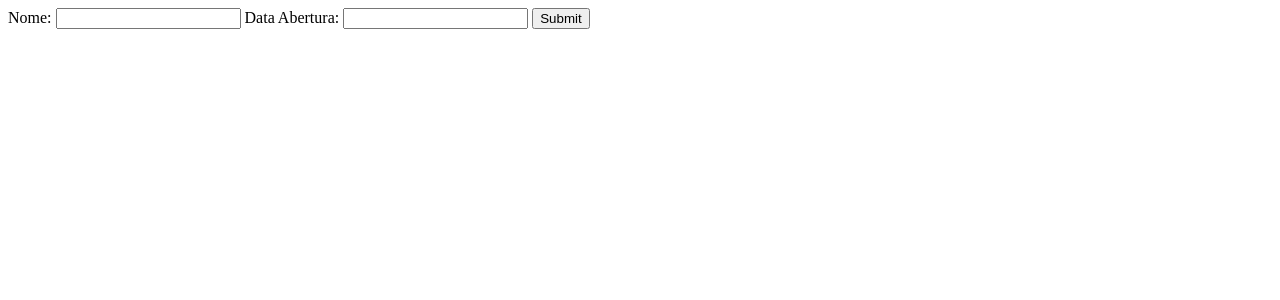
Repository: robsondmf1234/JAVA-EE
Page: http://localhost/gerenciador/mostraEmpresa?id=1
The author's editor kept a copy of each file at every save. The page is drawn from the files as they stood at one save, then again after the next save.
The browser window is 1280 px wide. The pictures show the whole page.
The page is served by Tomcat 9.

Above is the page before, as saved 2019-06-25 01:00:10.

After the next save:
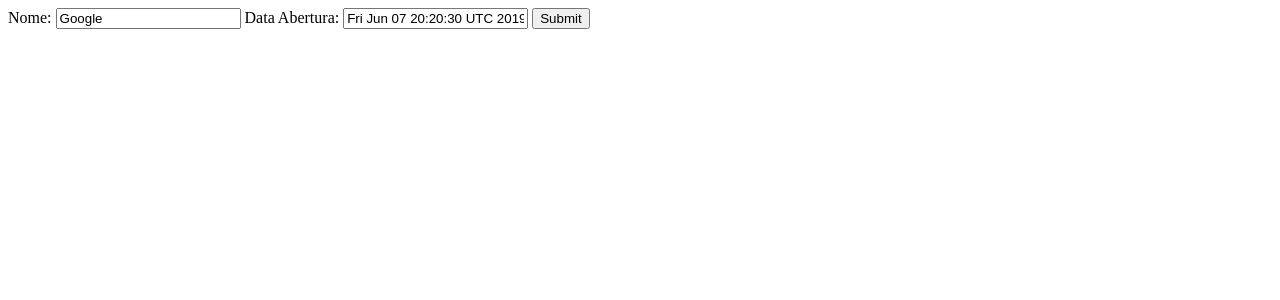
Saved 4 min 23 s later.
--- a/gerenciador/WebContent/formAlteraEmpresa.jsp
+++ b/gerenciador/WebContent/formAlteraEmpresa.jsp
@@ -10,8 +10,8 @@
 <body>
 
 	<form action="${linkServletNovaEmpresa}" method="post">
-		Nome: <input name="nome" type="text">
-		Data Abertura: <input name="data" type="text">
+		Nome: <input name="nome" type="text" value="${empresa.nome}">
+		Data Abertura: <input name="data" type="text" value="${empresa.dataAbertura}">
 
 		<input type="submit">
 	</form>
